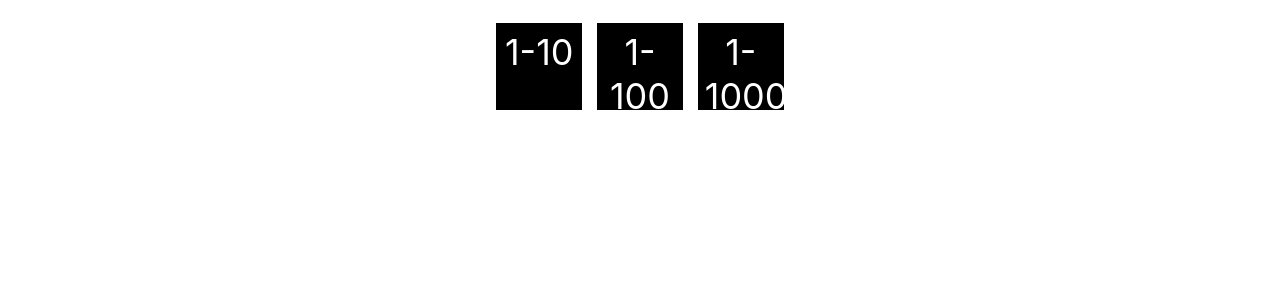
Repository: michalgornicki/number-generator
Page: /
The author's editor kept a copy of each file at every save. The page is drawn from the files as they stood at one save, then again after the next save.
The browser window is 1280 px wide. The pictures show the whole page.
The project was rebuilt for these pictures with package versions that can differ from the ones it lists, and the page was loaded fresh each time.

Above is the page before, as saved 2021-12-03 13:41:19.

After the next save:
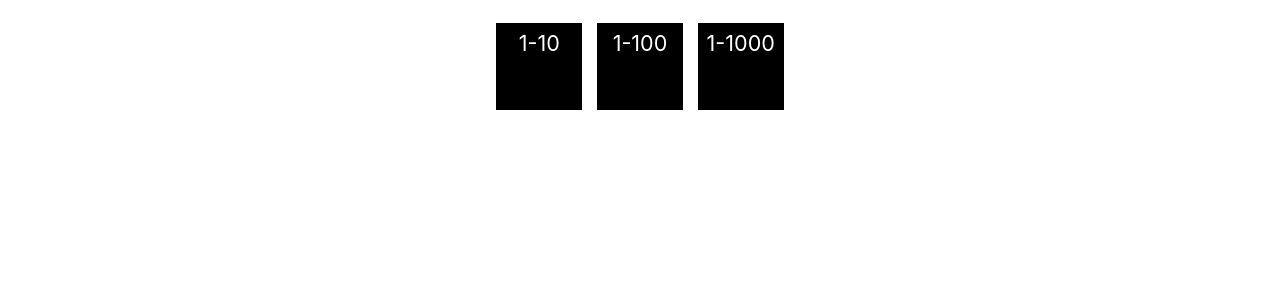
Saved 6 s later.
--- a/src/App.css
+++ b/src/App.css
@@ -18,7 +18,7 @@ body{
     margin: 1vmin;
     cursor: pointer;
     text-align: center;
-    font-size: 5vmin;
+    font-size: 3vmin;
 }
 
 .map{
